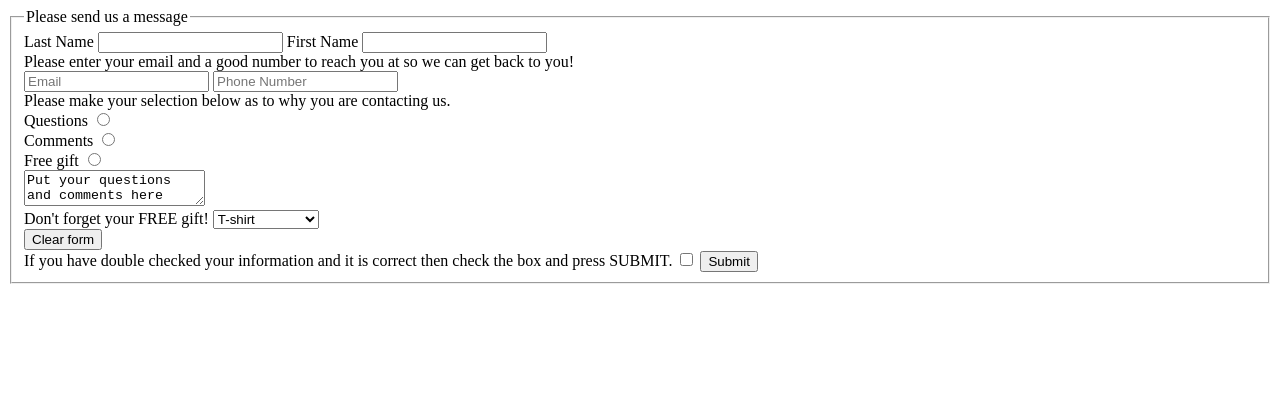
Repository: nsisk1/web-page-project
Page: contact-us.html
An editor plug-in stored every save of this project. The page is shown before and after the next save, followed by the edit.
The browser window is 1280 px wide. The pictures show the whole page.

Above is the page before, as saved 2024-07-14 10:23:28.

After the next save:
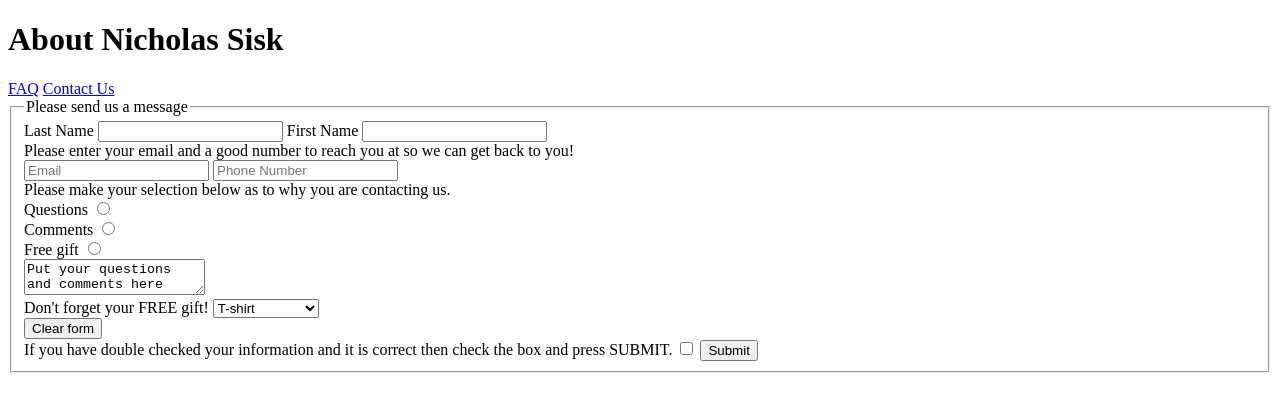
Saved 2 min 36 s later.
--- a/contact-us.html
+++ b/contact-us.html
@@ -4,6 +4,11 @@
         <title>Contact Us</title>
     </head>
     <body>
+        <h1>About Nicholas Sisk</h1>
+        <nav>
+            <a href="faq.html">FAQ</a>
+            <a href="contact-us.html">Contact Us</a>
+        </nav>
         <fieldset>
             <legend>Please send us a message</legend>
             <form id="myMailerForm" action="mailto:nsisk1@student.dallascollege.edu" method="post">
